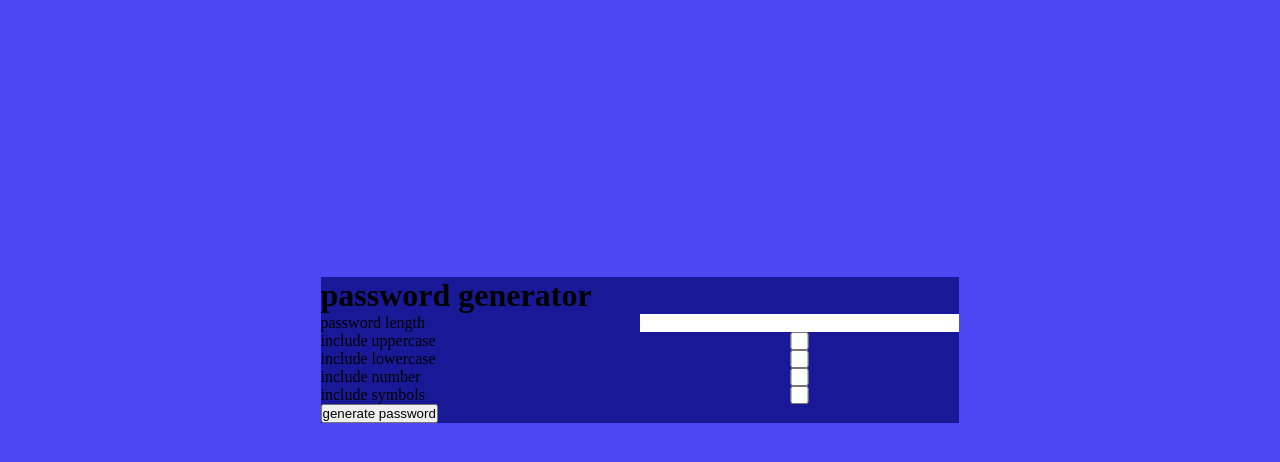
Repository: Eugene44-hub/password-generator
Page: index.html
The author's editor kept a copy of each file at every save. The page is drawn from the files as they stood at one save, then again after a run of saves.
The browser window is 1280 px wide. The pictures show the whole page.

Above is the page before, as saved 2021-09-23 10:30:03.

After the next 2 saves:
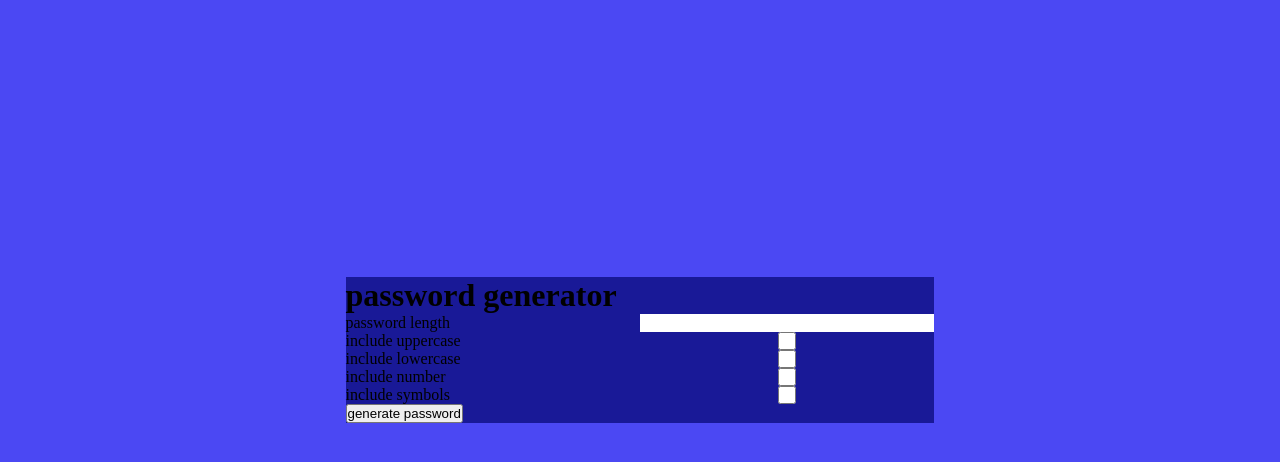
The 2 saves are shown as one change because they came seconds apart.
The last was saved 12 s later.
--- a/style.css
+++ b/style.css
@@ -32,5 +32,5 @@ p {
 }
 
 input {
-    width: 20px;
+    width: 10px;
 }
